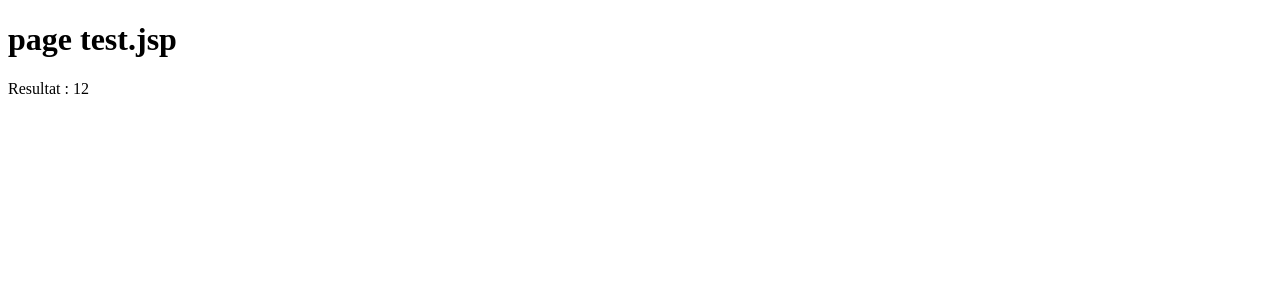
Repository: Moana007/javaee-workspace
Page: http://localhost/Site_cours/test
An editor plug-in stored every save of this project. The page is shown before and after the next save, followed by the edit.
The browser window is 1280 px wide. The pictures show the whole page.
The page is served by Tomcat 9. Other server files are loaded and not shown.

Above is the page before, as saved 2019-01-28 15:19:20.

### Site_cours/WebContent/WEB-INF/test.jsp
<!DOCTYPE html>
<html>
<head>
<meta charset="UTF-8">
<title>Page test.jsp</title>
</head>
<body>

<h1>page test.jsp</h1>
<p>Resultat : ${4*3}</p>
</body>
</html>

### Site_cours/src/site_cours/servlets/TestServlets.java
package site_cours.servlets;

import java.io.IOException;
import javax.servlet.ServletException;
import javax.servlet.annotation.WebServlet;
import javax.servlet.http.HttpServlet;
import javax.servlet.http.HttpServletRequest;
import javax.servlet.http.HttpServletResponse;

/**
 * Servlet implementation class TestServlets
 */
@WebServlet("/TestServlets")
public class TestServlets extends HttpServlet {
	private static final long serialVersionUID = 1L;


	/**
	 * @see HttpServlet#doGet(HttpServletRequest request, HttpServletResponse response)
	 */
	protected void doGet(HttpServletRequest request, HttpServletResponse response) throws ServletException, IOException {
		// TODO Auto-generated method stub
		//response.getWriter().append("Served at: ").append(request.getContextPath());
		request.getRequestDispatcher("/WEB-INF/test.jsp").forward(request, response);
	}

	/**
	 * @see HttpServlet#doPost(HttpServletRequest request, HttpServletResponse response)
	 */
	protected void doPost(HttpServletRequest request, HttpServletResponse response) throws ServletException, IOException {
		// TODO Auto-generated method stub
		doGet(request, response);
	}

}

After the next save:
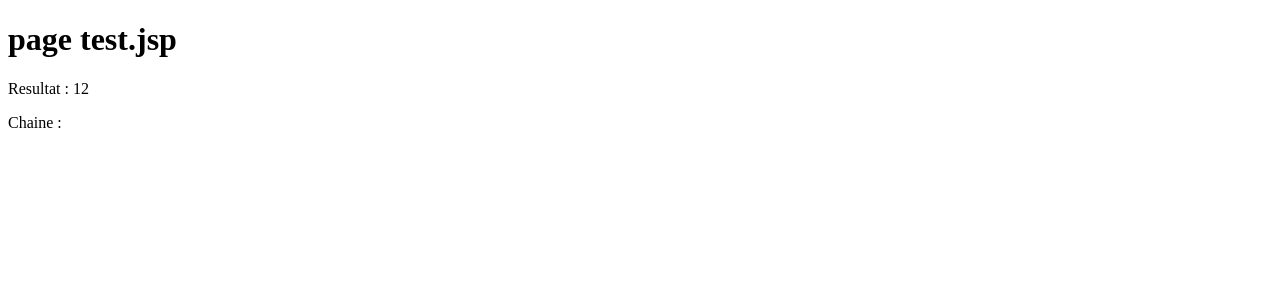
Saved 49 s later.
--- a/Site_cours/WebContent/WEB-INF/test.jsp
+++ b/Site_cours/WebContent/WEB-INF/test.jsp
@@ -8,5 +8,6 @@
 
 <h1>page test.jsp</h1>
 <p>Resultat : ${4*3}</p>
+<p>Chaine : ${chaine}</p>
 </body>
 </html>
